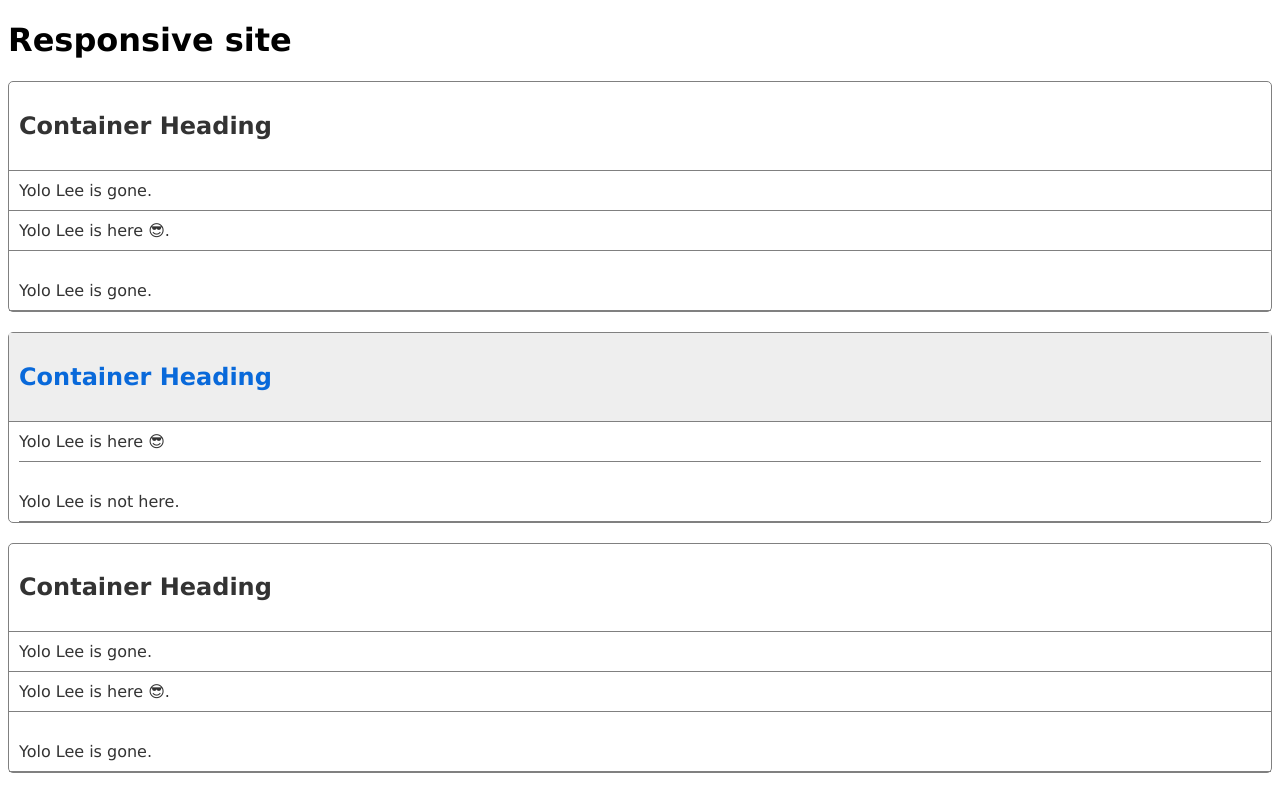
Repository: HyunJunggggg/MDIA2109
Page: inclass/week6/index.html
An editor plug-in stored every save of this project. The page is shown before and after the next save, followed by the edit.
The browser window is 1280 px wide. The pictures show the whole page.

Above is the page before, as saved 2025-02-13 14:58:20.

After the next save:
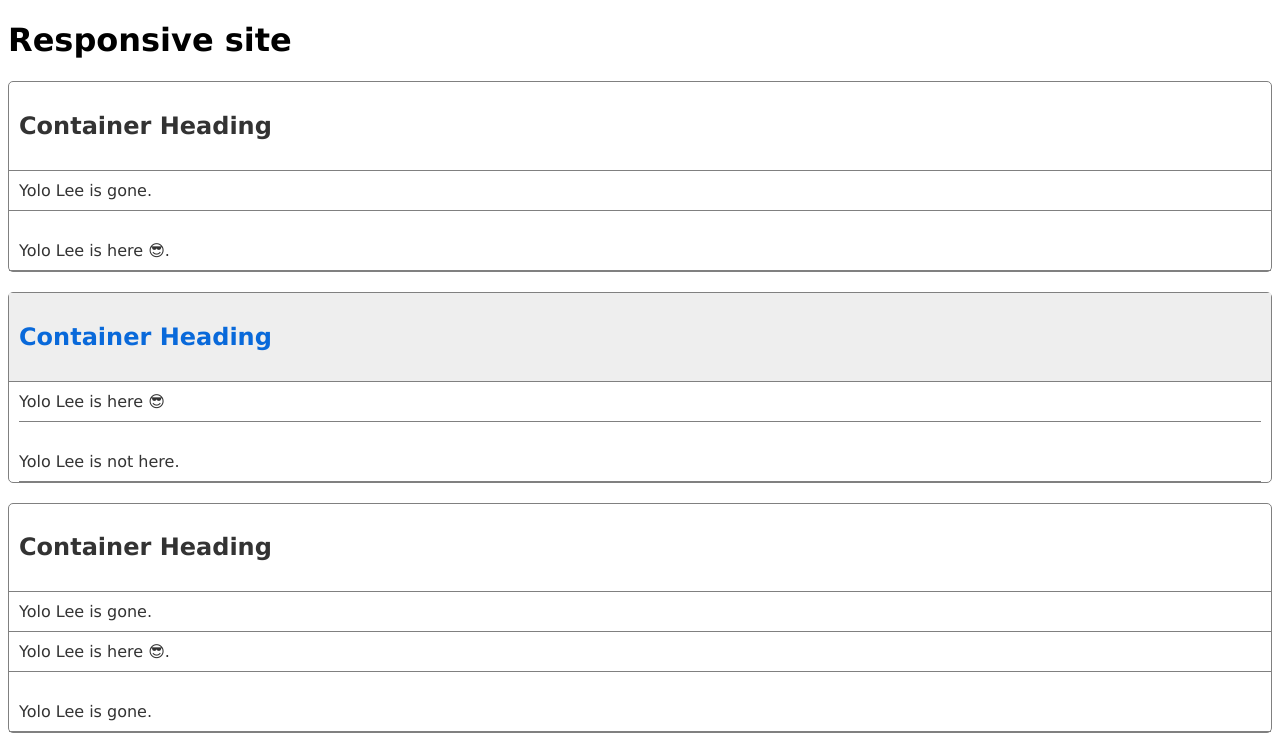
Saved 8 s later.
--- a/inclass/week6/index.html
+++ b/inclass/week6/index.html
@@ -18,9 +18,6 @@
     </div>
     <div class="container__content">
       Yolo Lee is here 😎.
-    </div>
-    <div class="container__content">
-      Yolo Lee is gone.
     </div>
   </section>
 
